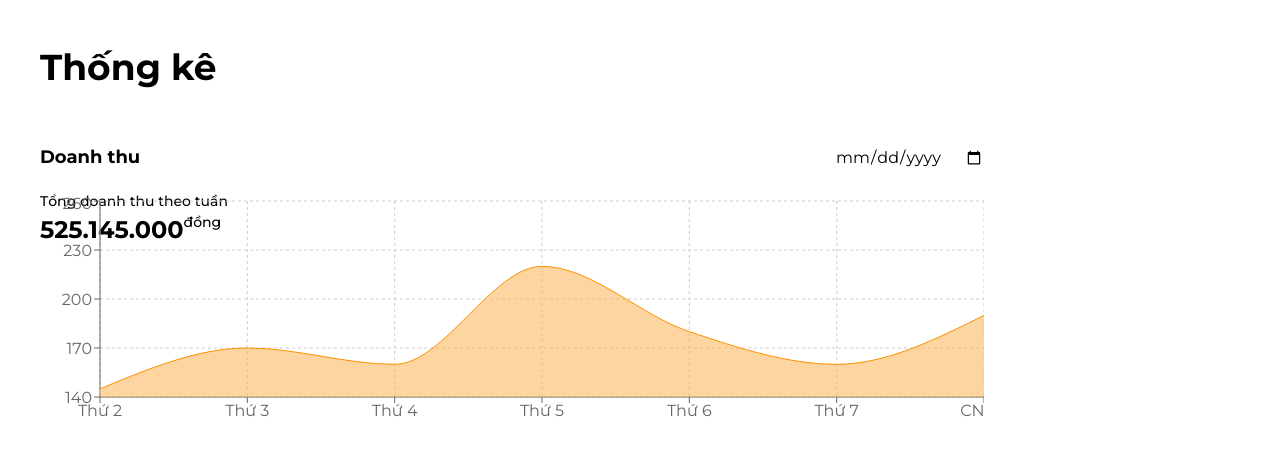
Repository: iphoneboy46/AltaMediaCMS
Page: /
These files come from the project's save history. The page is drawn as it stood at one moment and after the next save; the edit follows.
The browser window is 1280 px wide. The pictures show the whole page.
Some web libraries are served in a nearby version. The project was rebuilt for these pictures with package versions that can differ from the ones it lists, and the page was loaded fresh each time.

Above is the page before, as saved 2023-03-26 22:35:35.

After the next save:
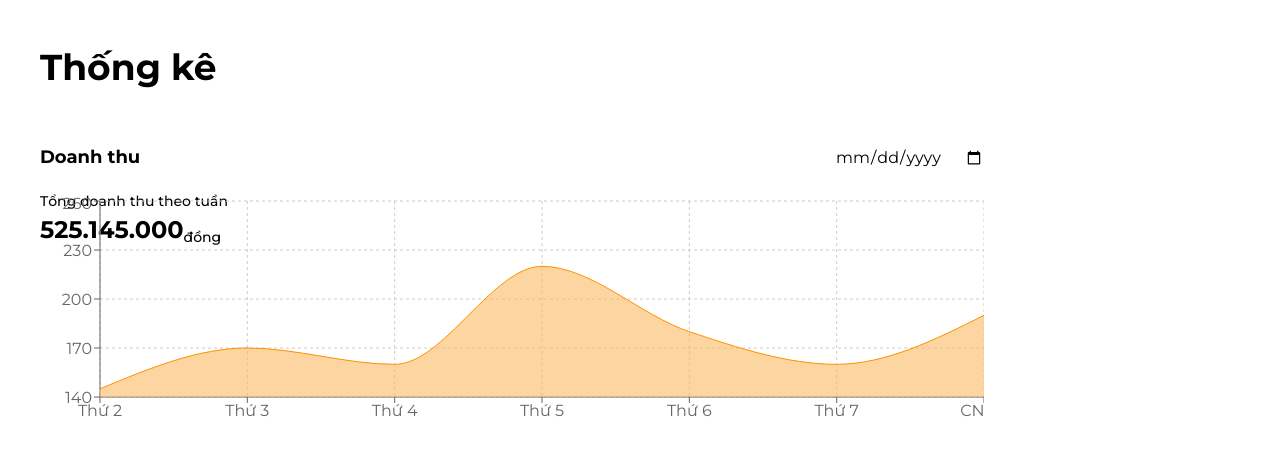
Saved 15 s later.
--- a/src/components/Home/Home.tsx
+++ b/src/components/Home/Home.tsx
@@ -16,7 +16,7 @@ function Home() {
         <Charts />
         <div className="di">
           <h3 className="text-[14px] font-[500]">Tổng doanh thu theo tuần</h3>
-          <div className="flex"><h1 className="text-[24px] font-[700]">525.145.000</h1> <p className="text-[14px] font-[500]">đồng</p></div>
+          <div className="flex items-end"><h1 className="text-[24px] font-[700]">525.145.000</h1> <p className="text-[14px] font-[500]">đồng</p></div>
         </div>
     </div>
   )
